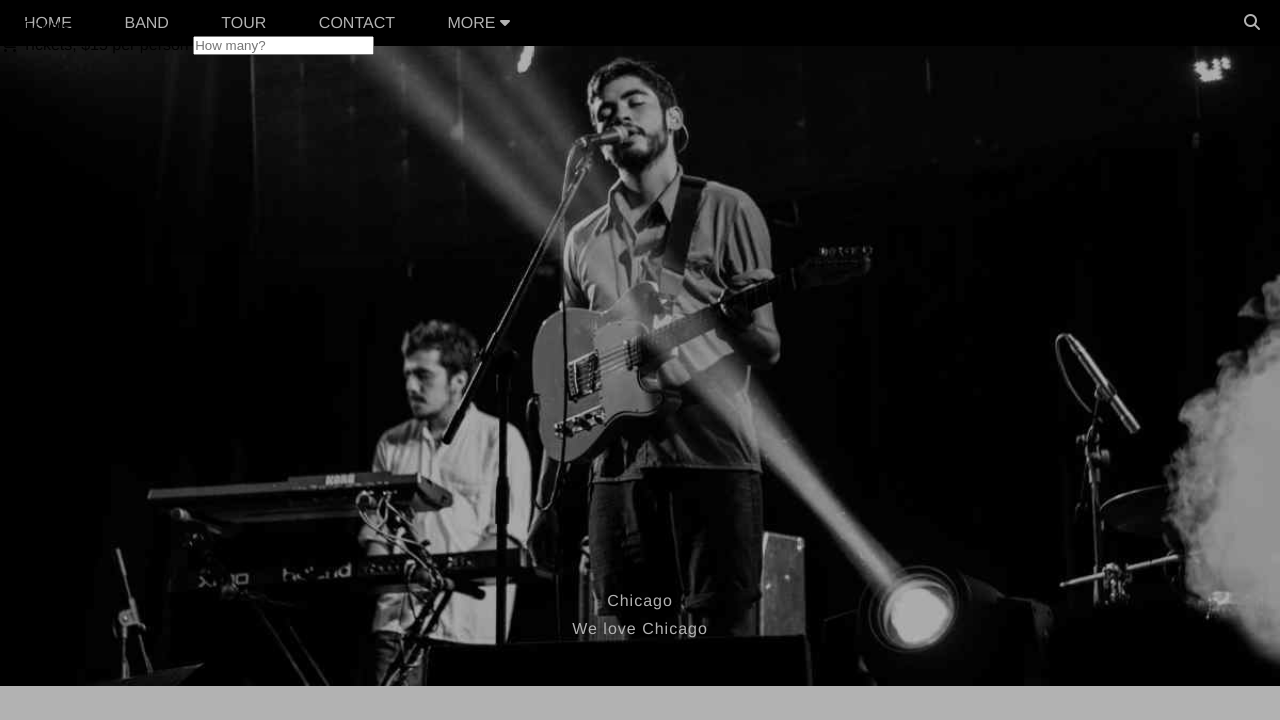
Repository: NguyenMinhChau/Theband
Page: index.html
These files come from the project's save history. The page is drawn as it stood at one moment and after the next save; the edit follows.
The browser window is 1280 px wide. The pictures show the window.
A layer covers the whole window, so only the first screen is drawn. Some web libraries are served in a nearby version.

Above is the page before, as saved 2021-10-23 12:41:12.

After the next save:
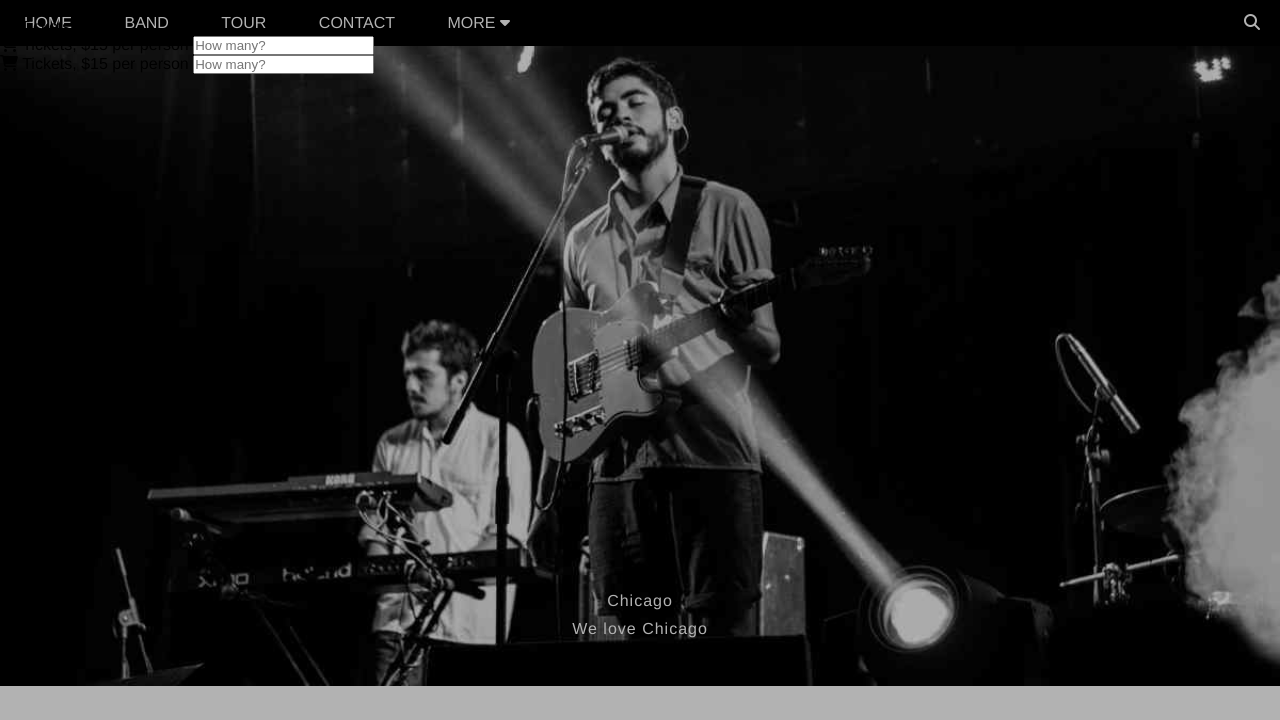
Saved 7 s later.
--- a/index.html
+++ b/index.html
@@ -139,6 +139,13 @@
                     </label>
                     <input type="text" class="modal-input" placeholder="How many?">
                 </div>
+                <div class="form-group">
+                    <label for="" class="modal-label">
+                        <i class="fas fa-shopping-cart"></i>
+                        Tickets, $15 per person
+                    </label>
+                    <input type="text" class="modal-input" placeholder="How many?">
+                </div>
             </div>
         </div>
     </div>
